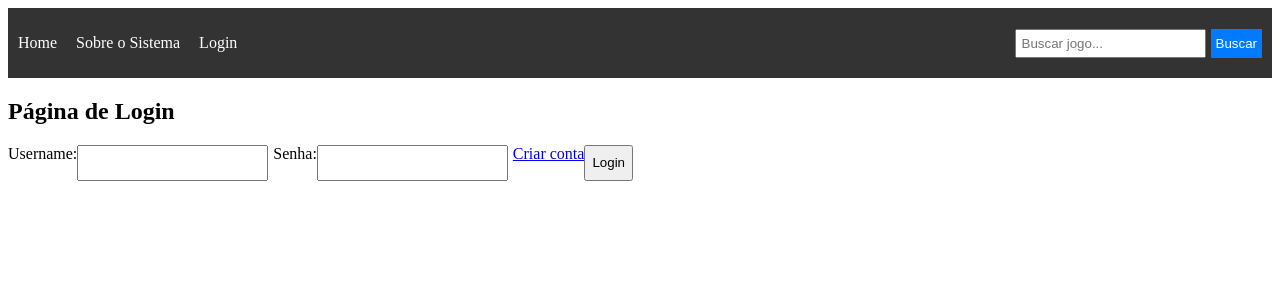
Repository: lucasparila/JogosEletronicos
Page: http://localhost/JogosEletronicos/view/login.jsp
An editor plug-in stored every save of this project. The page is shown before and after the next save, followed by the edit.
The browser window is 1280 px wide. The pictures show the whole page.
The page is served by Tomcat 9. Other server files are loaded and not shown.

Above is the page before, as saved 2025-05-17 00:05:23.

### JogosEletronicos/src/main/webapp/view/login.jsp
<%@ page contentType="text/html; charset=UTF-8" pageEncoding="UTF-8" %>
<!DOCTYPE html>
<html>
<head>
    <title>Cadastrar Jogo</title>
    <link rel="stylesheet" href="<%= request.getContextPath() %>/css/header.css">
</head>
<body>

	<jsp:include page="header.jsp" />
    <h2 class="titulo-login">Página de Login</h2>
    <form class="form-login" action="<%= request.getContextPath() %>/login" method="post">
        <label>Username:</label>
        <input type="text" name="titulo" required><br><br>

        <label>Senha:</label>
        <input type="text" name="desenvolvedor" required><br><br>


		<a href="criar-conta">Criar conta</a>
        <input type="submit" value="Login">
    </form>

### JogosEletronicos/src/main/webapp/view/header.jsp
<%@ page contentType="text/html; charset=UTF-8" pageEncoding="UTF-8" %>
<%@ page import="javax.servlet.http.HttpServletRequest" %>
<!DOCTYPE html>
<html>
<head>
    <title>Header</title>
    <link rel="stylesheet" href="<%= request.getContextPath() %>/css/header.css">
</head>

<%
    String contextPath = ((HttpServletRequest) request).getContextPath();
%>

<header>
    <nav>
        <ul>
            <li><a href="<%= contextPath %>/index.jsp">Home</a></li>
            <li><a href="<%= contextPath %>/view/sobre-sistema.jsp">Sobre o Sistema</a></li>
            <li><a href="<%= contextPath %>/view/login.jsp">Login</a></li>
        </ul>
    </nav>

    <!-- Campo de busca -->
    <form action="<%= request.getContextPath() %>/buscar-jogo" method="post">
        <input type="text" name="titulo" placeholder="Buscar jogo..." required>
        <button type="submit">Buscar</button>
    </form>
</header>

</html>

### JogosEletronicos/src/main/webapp/css/header.css
header {
    background-color: #333;
    padding: 10px;
    display: flex;
    justify-content: space-between;
    align-items: center;
}
nav ul {
    list-style: none;
    padding: 0;
}
nav ul li {
    display: inline;
    margin-right: 15px;
}
nav ul li a {
    color: white;
    text-decoration: none;
}
form {
    display: flex;
}
input[type="text"] {
    padding: 5px;
    margin-right: 5px;
}
button {
    padding: 5px;
    background-color: #007bff;
    color: white;
    border: none;
    cursor: pointer;
}

After the next save:
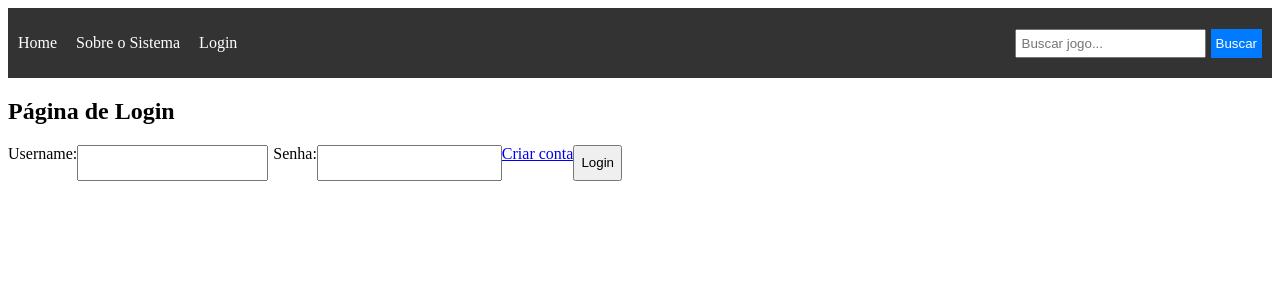
Saved 4 min 1 s later.
--- a/JogosEletronicos/src/main/webapp/view/login.jsp
+++ b/JogosEletronicos/src/main/webapp/view/login.jsp
@@ -7,16 +7,18 @@
 </head>
 <body>
 
-	<jsp:include page="header.jsp" />
+    <jsp:include page="header.jsp" />
     <h2 class="titulo-login">Página de Login</h2>
+
     <form class="form-login" action="<%= request.getContextPath() %>/login" method="post">
         <label>Username:</label>
-        <input type="text" name="titulo" required><br><br>
+        <input type="text" name="username" required><br><br> <!-- Correção aqui -->
 
         <label>Senha:</label>
-        <input type="text" name="desenvolvedor" required><br><br>
+        <input type="password" name="senha" required><br><br> <!-- Correção aqui -->
 
-
-		<a href="criar-conta">Criar conta</a>
+        <a href="criar-conta">Criar conta</a>
         <input type="submit" value="Login">
     </form>
+</body>
+</html>
